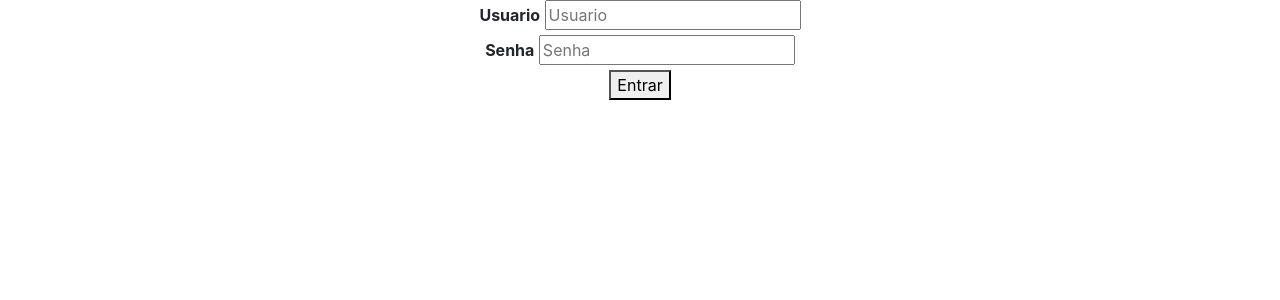
Repository: belchiorneto/innovationAPI
Page: http://localhost/TelaLogin/Login.jsp
The author's editor kept a copy of each file at every save. The page is drawn from the files as they stood at one save, then again after the next save.
The browser window is 1280 px wide. The pictures show the whole page.
The page is served by Tomcat 9.

Above is the page before, as saved 2019-05-07 19:21:24.

After the next save:
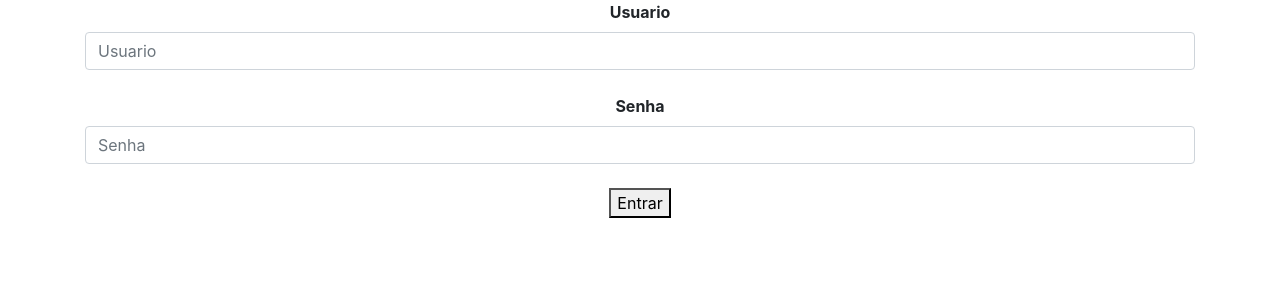
Saved 2 min 26 s later.
--- a/TelaLogin/WebContent/Login.jsp
+++ b/TelaLogin/WebContent/Login.jsp
@@ -13,10 +13,10 @@
 	<div class="container">
 	<center>
 		<label for="login"><b>Usuario</b></label>
-			<input type="text" placeholder="Usuario" name="login" required>
+			<input type="text" class="form-control" placeholder="Usuario" name="login" required>
 			<br>
 		<label for="password"><b>Senha</b></label>
-			<input type="password" placeholder="Senha" name="password" required>
+			<input type="password" class="form-control" placeholder="Senha" name="password" required>
 			<br>
 		<button type="submit">Entrar</button>
 		</center>
